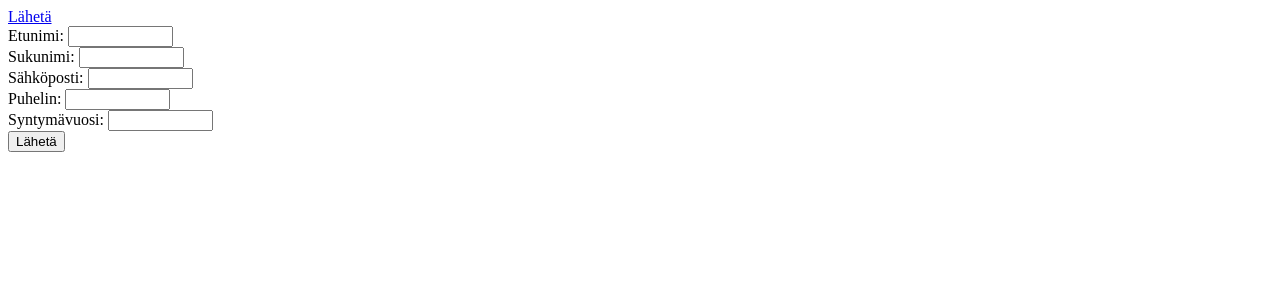
Repository: TuomSu/Viikko7NatiiviJavaScript
Page: http://localhost/EkaKysely/kysy.jsp
An editor plug-in stored every save of this project. The page is shown before and after the next save, followed by the edit.
The browser window is 1280 px wide. The pictures show the whole page.
The page is served by Tomcat 9.

Above is the page before, as saved 2022-04-08 11:12:14.

After the next save:
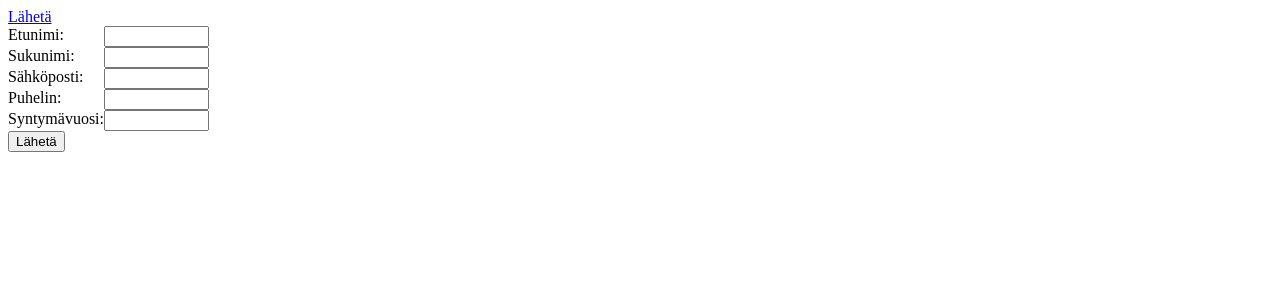
Saved 68 s later.
--- a/EkaKysely/src/main/webapp/kysy.jsp
+++ b/EkaKysely/src/main/webapp/kysy.jsp
@@ -3,6 +3,13 @@
 <!DOCTYPE html>
 <html>
 <head>
+<style>
+	label {
+		display: block;
+		width: 6em;
+		float: left;
+	}
+</style>
 <meta charset="ISO-8859-1">
 <title>Insert title here</title>
 </head>
